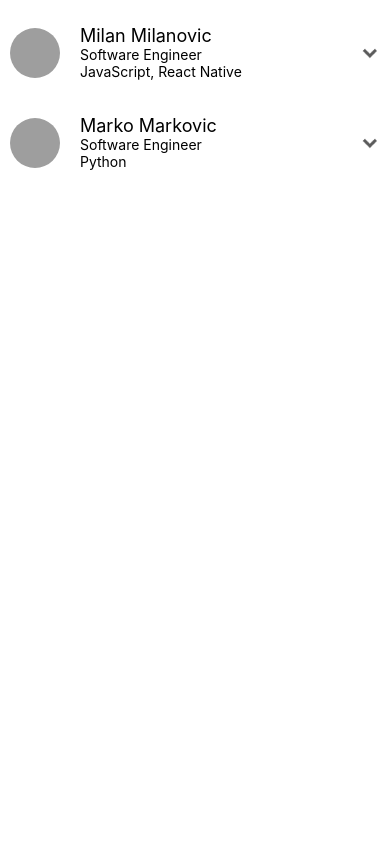
Repository: likanbl/intern-feature
Screen: /
These files come from the project's save history. The screen is drawn as it stood at one moment and after the next save; the edit follows.
Pictures or frames that could not be fetched are drawn as grey boxes. The app was drawn by React Native's web renderer in a window 390 px wide. The project was rebuilt for these pictures with package versions that can differ from the ones it lists, and the page was loaded fresh each time.

Above is the screen before, as saved 2019-09-13 15:06:46.

### App.js
/**
 * Sample React Native App
 * https://github.com/facebook/react-native
 *
 * @format
 * @flow
 */

import React, {Component} from 'react';

import Home from './src/components/home/Home';

export default class App extends Component {
  render() {
    return <Home></Home>;
  }
}

### src/components/home/Home.js
import React, {Component} from 'react';
import {View, FlatList, Text, StyleSheet} from 'react-native';
import {Card} from 'react-native-elements';
import {HomeItem} from './HomeItem';

const Data = [
  {
    Name: 'Milan Milanovic',
    role: 'Software Engineer',
    skills: 'JavaScript, React Native',
    additionalInfo: 'Milan Milanovic description',
  },
  {
    Name: 'Marko Markovic',
    role: 'Software Engineer',
    skills: 'Python',
    additionalInfo: 'Marko Markovic description',
  },
];
export default class Home extends Component {
  renderItem = ({item}) => <HomeItem item={item} />;

  render() {
    return (
      <View>
        <FlatList
          data={Data}
          renderItem={this.renderItem}
          keyExtractor={Data.id}
        />
      </View>
    );
  }
}

### src/components/home/HomeItem.js
import React, {Component} from 'react';
import {
  View,
  Text,
  Image,
  TouchableWithoutFeedback,
  StyleSheet,
} from 'react-native';
import PropTypes from 'prop-types';
import {images} from '../../assets/images';
import {Avatar} from 'react-native-elements';

const propTypes = {
  item: PropTypes.object,
};

class HomeItem extends Component {
  state = {
    isSelected: false,
  };

  onPress = () => {
    this.setState((prevState, prevProps) => ({
      isSelected: !prevState.isSelected,
    }));
  };

  renderDetails = () => (
    <View style={styles.titleContainer}>
      <Text style={styles.description}>{this.props.item.additionalInfo}</Text>
    </View>
  );

  render() {
    const {isSelected} = this.state;
    return (
      <View style={styles.container}>
        <TouchableWithoutFeedback onPress={this.onPress}>
          <View style={styles.titleContainer}>
            <View>
              <Avatar
                size="medium"
                rounded
                source={{
                  uri:
                    'https://s3.amazonaws.com/uifaces/faces/twitter/ladylexy/128.jpg',
                }}
              />
            </View>
            <View style={styles.nameRole}>
              <Text style={styles.title}>{this.props.item.Name}</Text>
              <Text style={styles.role}>{this.props.item.role}</Text>
              <Text style={styles.role}>{this.props.item.skills}</Text>
            </View>
            <Image
              source={isSelected ? images.close : images.expand}
              style={styles.image}
            />
          </View>
        </TouchableWithoutFeedback>
        {isSelected && this.renderDetails()}
      </View>
    );
  }
}
HomeItem.propTypes = propTypes;

const styles = StyleSheet.create({
  container: {
    flex: 1,
    flexDirection: 'column',
    margin: 10,
    elevation: 1,
    paddingTop: 15,
    borderRadius: 1,
  },
  avatarContainer: {
    flex: 1,
    alignItems: 'flex-start',
    justifyContent: 'center',
  },
  nameRole: {
    flex: 2,
    alignItems: 'flex-start',
    justifyContent: 'center',
    marginLeft: 20,
  },

  titleContainer: {
    flexDirection: 'row',
    justifyContent: 'space-around',
    alignItems: 'center',
  },
  title: {
    flex: 1,
    fontSize: 18,
  },
  role: {
    flex: 1,
    fontSize: 14,
  },
  description: {
    flex: 1,
    fontSize: 22,
    color: 'gray',
    paddingTop: 10,
  },
  image: {
    width: 20,
    height: 20,
  },
});

export {HomeItem};

### src/assets/images.js
export const images = {
  expand: require('../../resources/expand.png'),
  close: require('../../resources/close.png'),
};

After the next save:
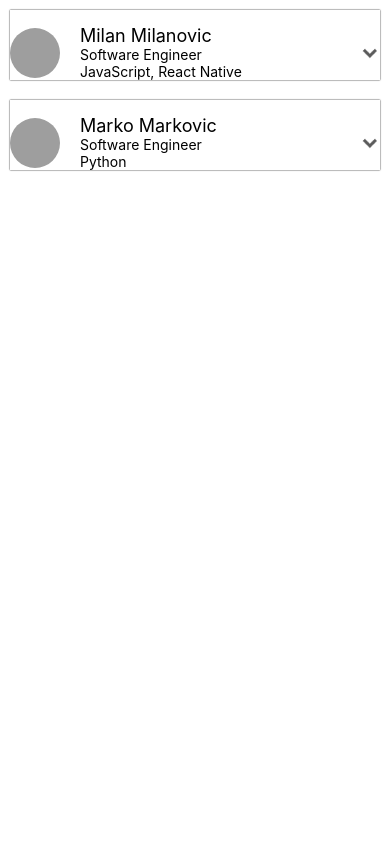
Saved 7 min 33 s later.
--- a/src/components/home/HomeItem.js
+++ b/src/components/home/HomeItem.js
@@ -72,7 +72,7 @@
     margin: 10,
     elevation: 1,
     paddingTop: 15,
-    borderRadius: 1,
+    shadowRadius: 1.5,
   },
   avatarContainer: {
     flex: 1,

After the save that followed:
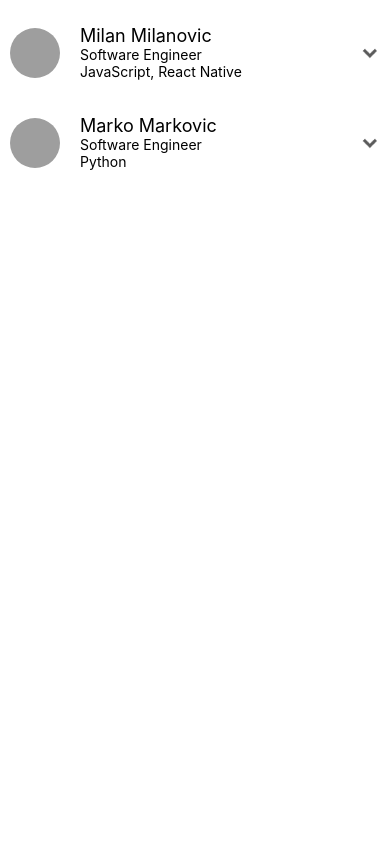
Saved 108 s later.
--- a/src/components/home/HomeItem.js
+++ b/src/components/home/HomeItem.js
@@ -72,7 +72,7 @@
     margin: 10,
     elevation: 1,
     paddingTop: 15,
-    shadowRadius: 1.5,
+    postion: 'relative',
   },
   avatarContainer: {
     flex: 1,
